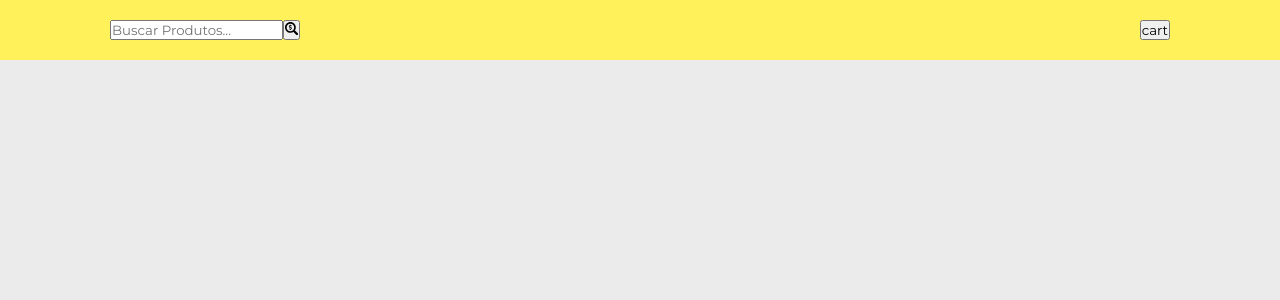
Repository: Gab23Oli/Projeto-de-Conclus-o---Shopping-Cart
Page: /
The author's editor kept a copy of each file at every save. The page is drawn from the files as they stood at one save, then again after the next save.
The browser window is 1280 px wide. The pictures show the whole page.
The project was rebuilt for these pictures with package versions that can differ from the ones it lists, and the page was loaded fresh each time.

Above is the page before, as saved 2024-01-25 13:08:15.

After the next save:
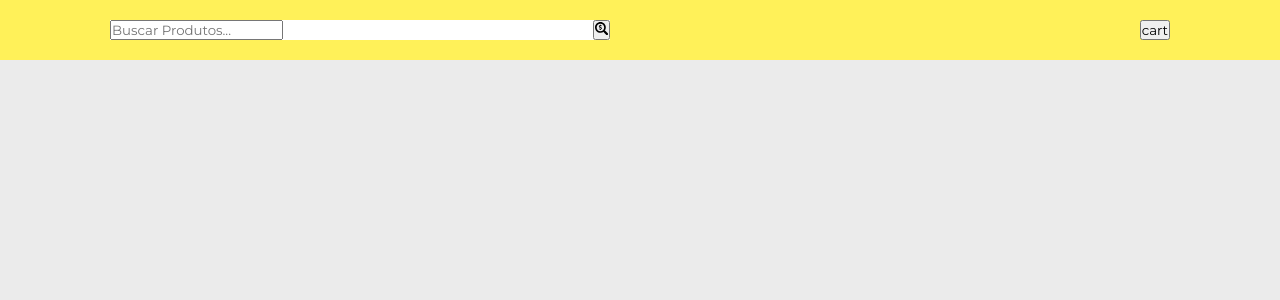
Saved 89 s later.
--- a/src/components/Header/SearchBar/SearchBar.css
+++ b/src/components/Header/SearchBar/SearchBar.css
@@ -1,3 +1,8 @@
 .search-bar {
-
+  display: flex;
+  background-color: white;
+  width: 100%;
+  max-width: 500px;
+  justify-content: space-between;
+  box-shadow: 0 1px 2px 0 rgba(red, green, blue, alpha);
 }
